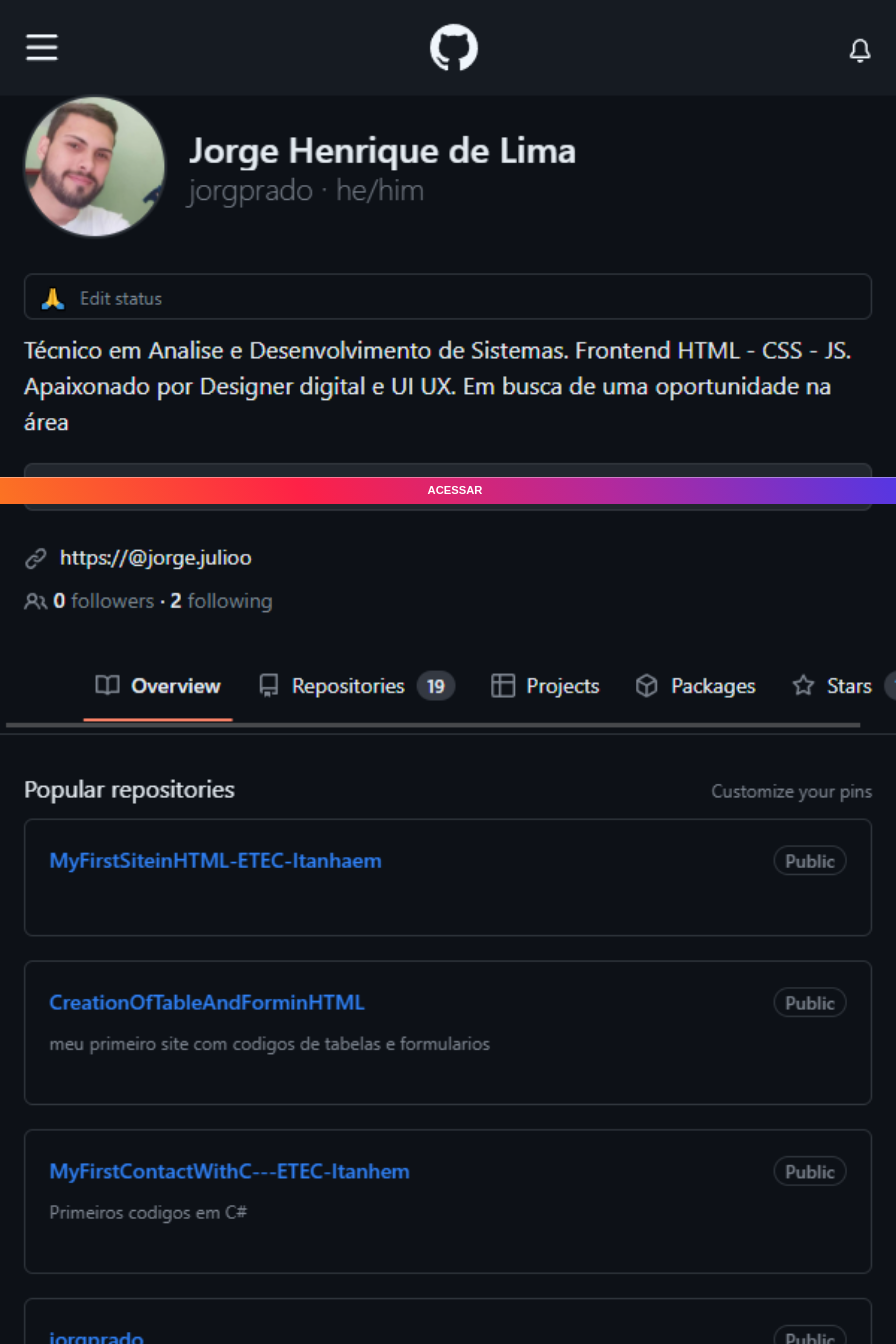
Repository: jorgprado/curso-html-css-Guanabara
Page: exec-pg-social/github.html
An editor plug-in stored every save of this project. The page is shown before and after a run of saves, followed by the edit.
The browser window is 1280 px wide. The pictures show the part of the page from y = 0 to 1920 px (the page is 4670 px tall), at 70% of full size.

Above is the page before, as saved 2023-05-24 12:13:24.

After the next 3 saves:
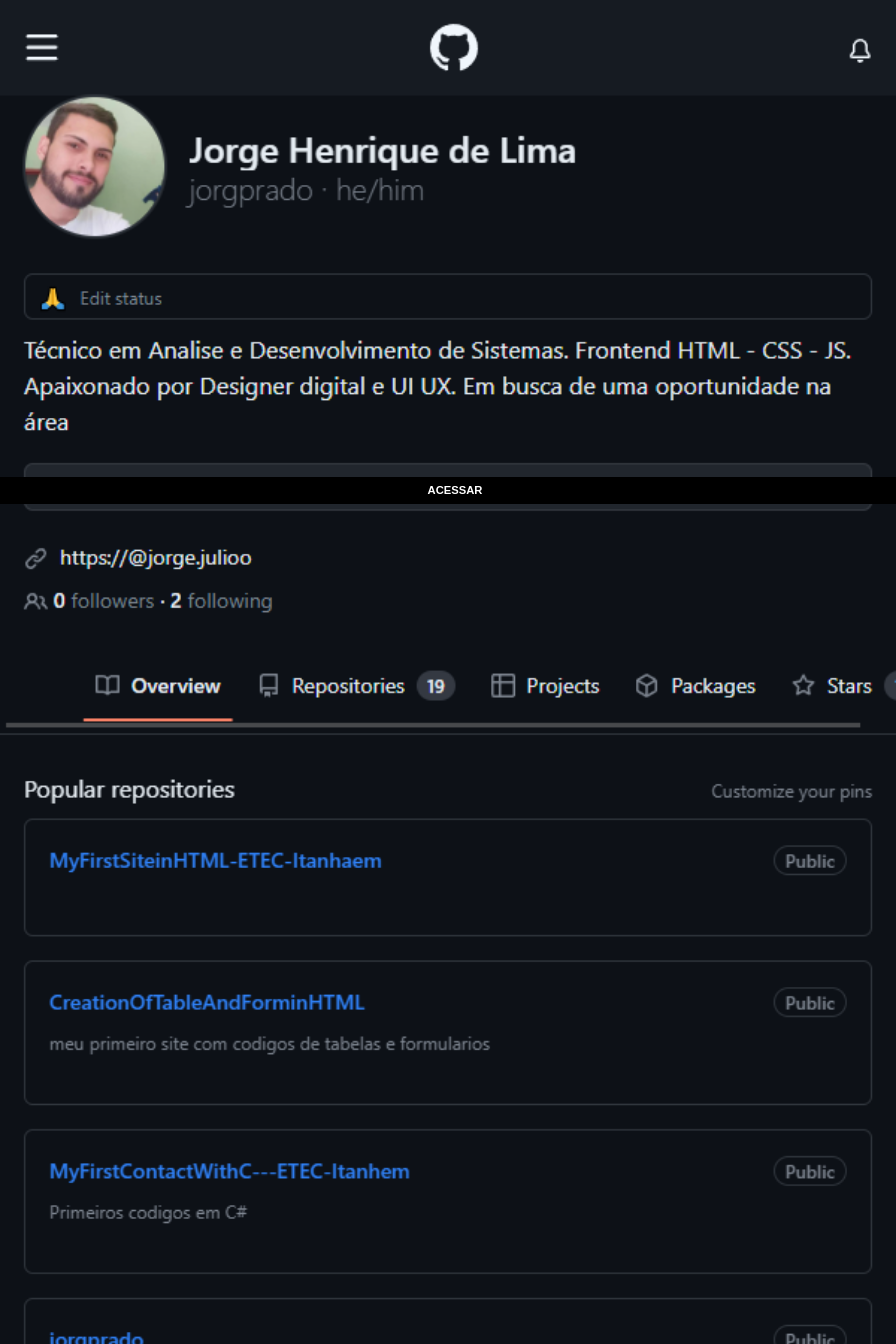
The 3 saves are shown as one change because they came seconds apart.
The last was saved 18 s later.
--- a/exec-pg-social/estilo/social.css
+++ b/exec-pg-social/estilo/social.css
@@ -59,7 +59,7 @@
     position: fixed;
     bottom: 0;
     display: block;
-    background-image: linear-gradient( 70deg,#FB7323, #FE2147, #B4299C, #5137E6);
+    background-color: black;
     color: white;
     padding: 10px;
     text-align: center;
